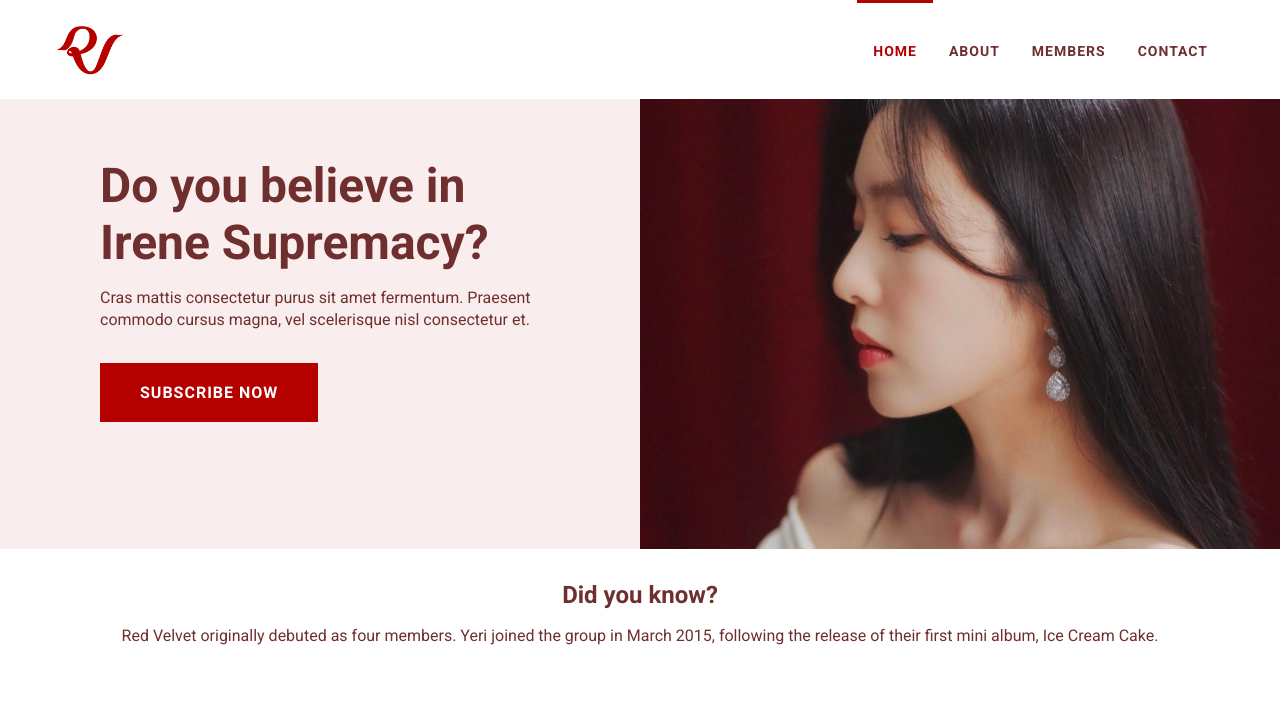
Repository: stillnotdavid/eternity-university
Page: app/index.html
An editor plug-in stored every save of this project. The page is shown before and after the next save, followed by the edit.
The browser window is 1280 px wide. The pictures show the whole page.
The style sheet was rebuilt from its Sass, Less or Tailwind sources for each picture, by a compiler version that may differ from the author's.

Above is the page before, as saved 2021-12-03 23:47:28.

After the next save:
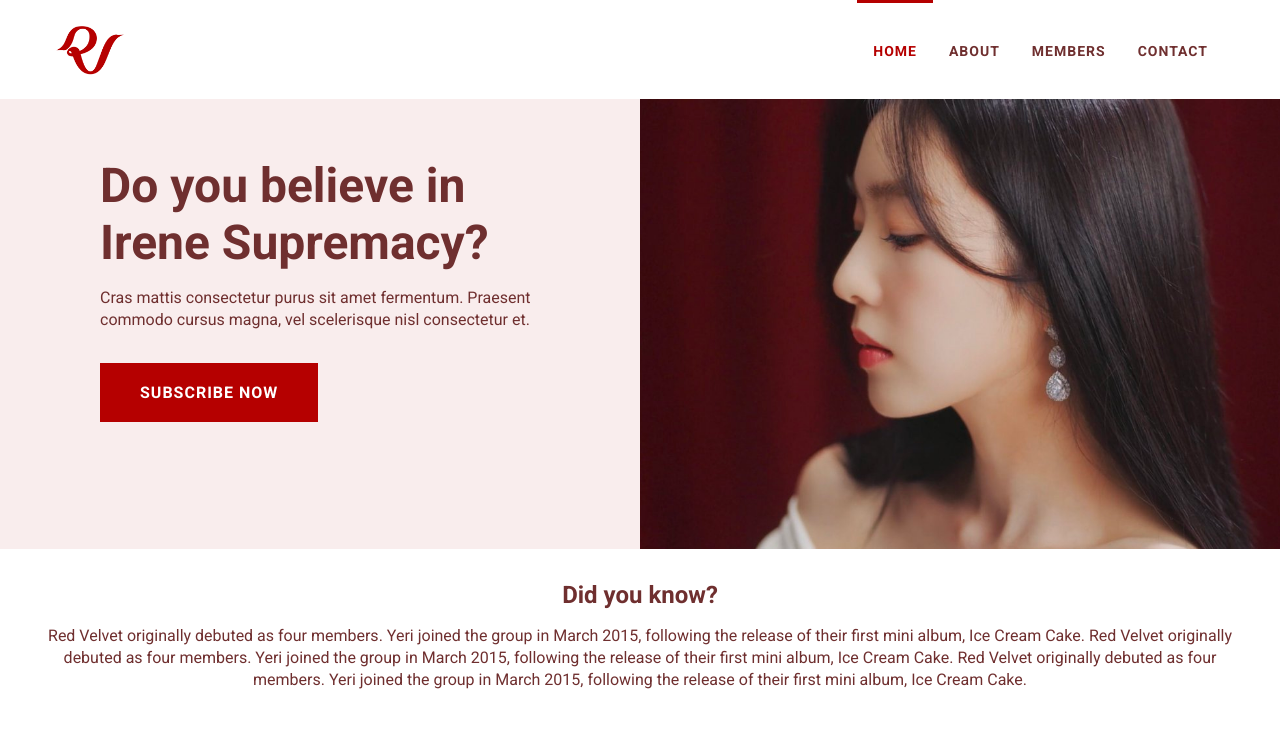
Saved 23 s later.
--- a/app/index.html
+++ b/app/index.html
@@ -58,6 +58,10 @@
   <section class="trivia">
     <div class="trivia__title">Did you know?</div>
     <p>Red Velvet originally debuted as four members. Yeri joined the group in March 2015, following the release of
+      their first mini album, Ice Cream Cake. Red Velvet originally debuted as four members. Yeri joined the group in
+      March 2015, following the release of
+      their first mini album, Ice Cream Cake. Red Velvet originally debuted as four members. Yeri joined the group in
+      March 2015, following the release of
       their first mini album, Ice Cream Cake.</p>
   </section>
 
